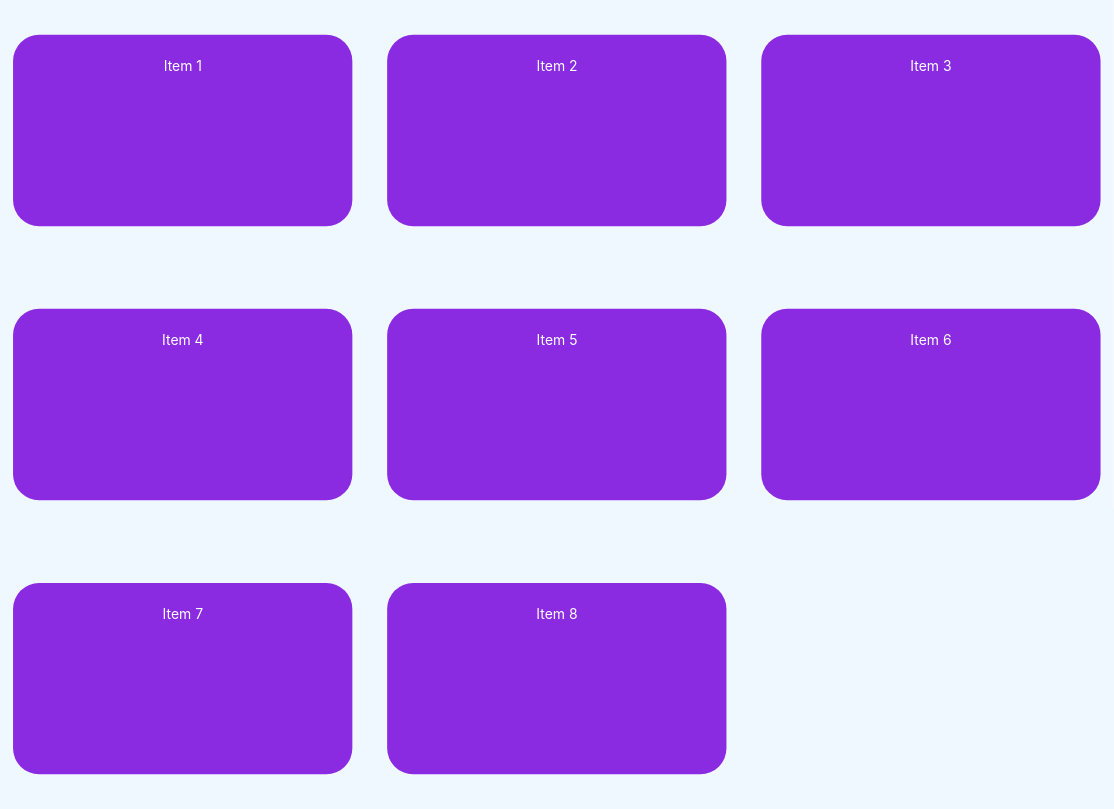
Repository: thai-shriya/anxiety-tracker
Page: /
These files come from the project's save history. The page is drawn as it stood at one moment and after the next save; the edit follows.
The browser window is 1280 px wide. The pictures show the whole page, at 87% of full size.
The project was rebuilt for these pictures with package versions that can differ from the ones it lists, and the page was loaded fresh each time.

Above is the page before, as saved 2024-04-22 15:15:37.

After the next save:
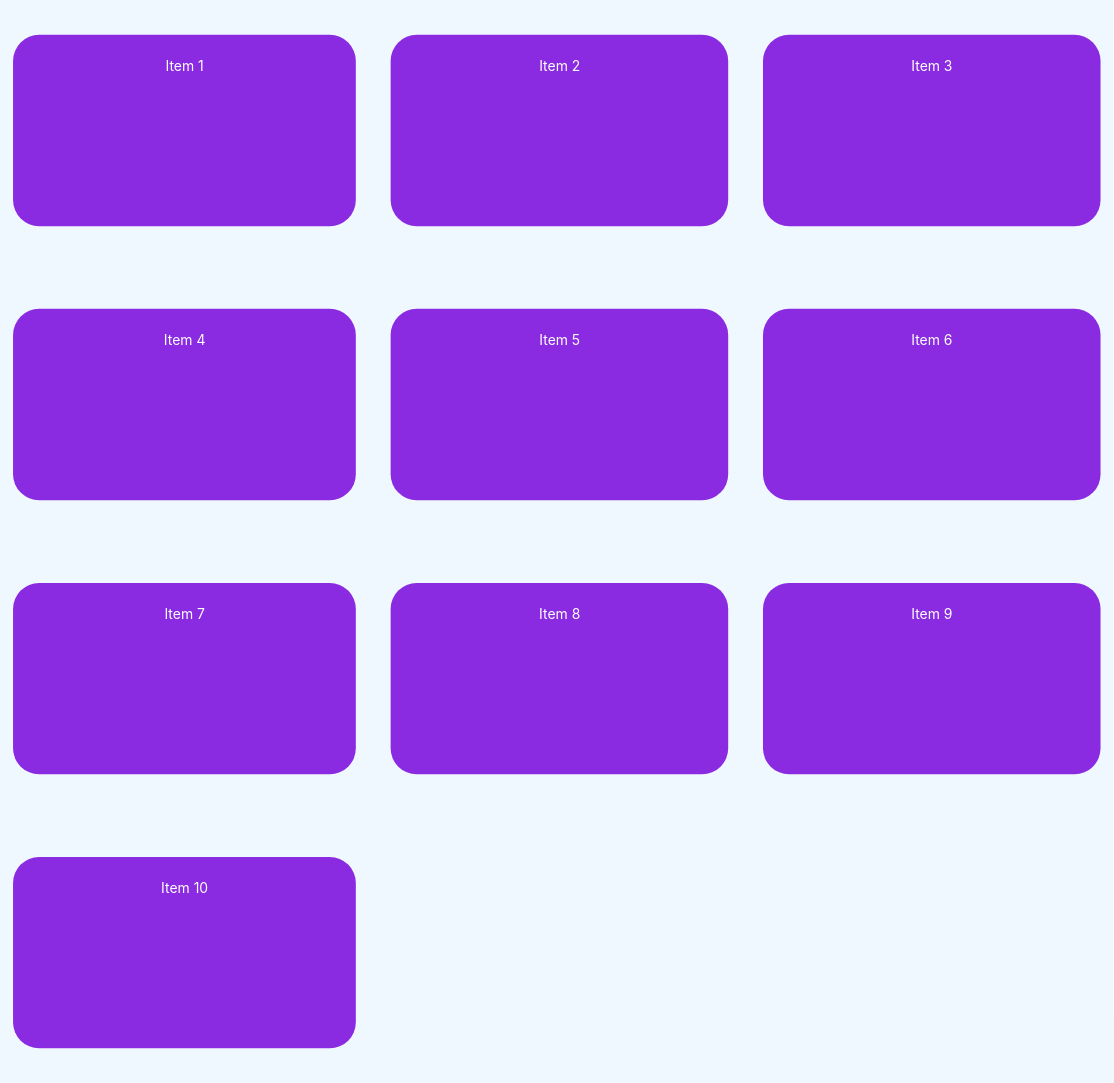
Saved 30 s later.
--- a/src/App.js
+++ b/src/App.js
@@ -11,6 +11,8 @@ function App() {
       <div className='grid-item'><p>Item 6</p></div>
       <div className='grid-item'><p>Item 7</p></div>
       <div className='grid-item'><p>Item 8</p></div>
+      <div className='grid-item'><p>Item 9</p></div>
+      <div className='grid-item'><p>Item 10</p></div>
     </div>
 
   );
